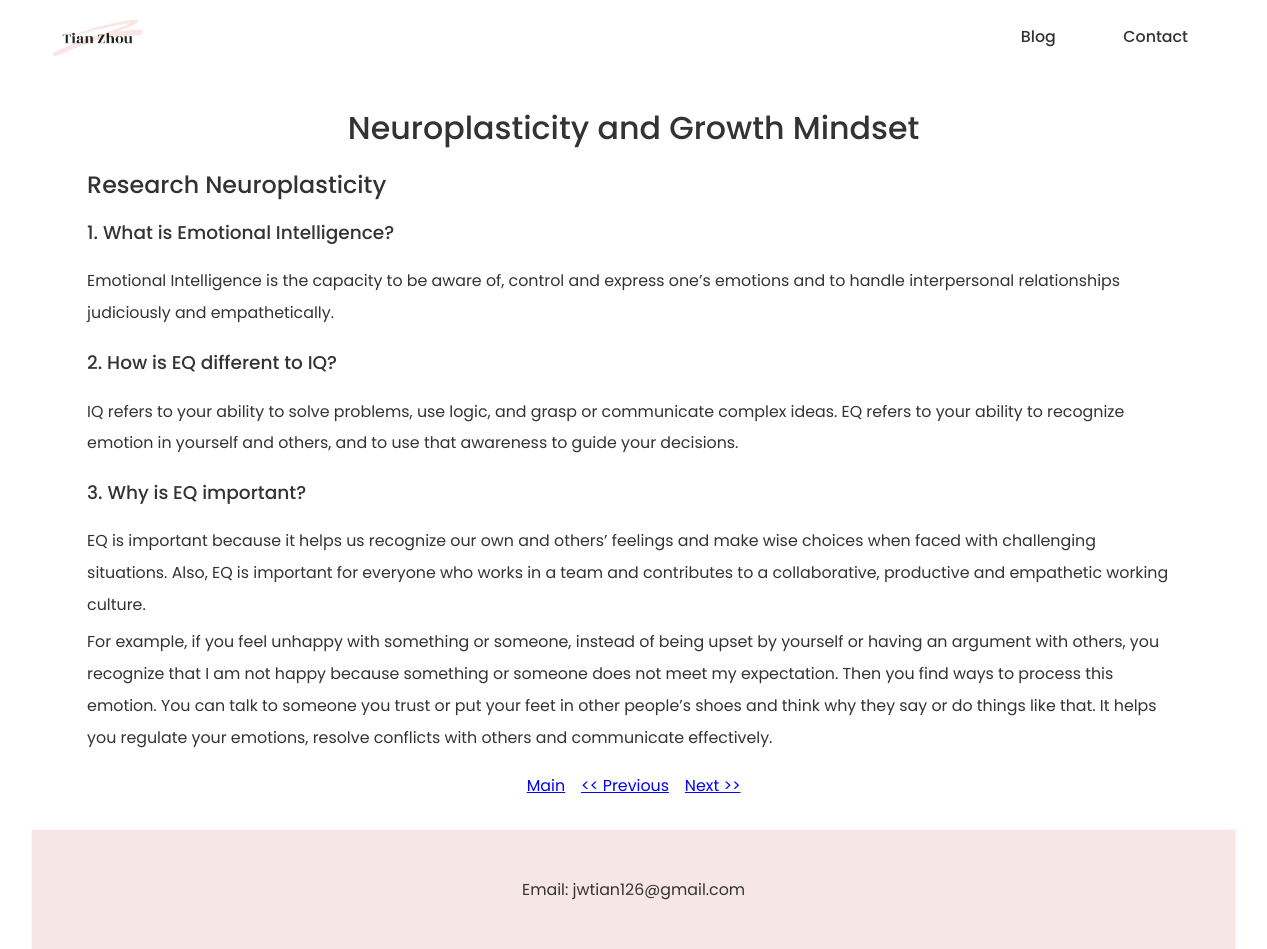
Repository: Tiaanz/Tiaanz.github.io
Page: blog/neuroplasticity.html
The author's editor kept a copy of each file at every save. The page is drawn from the files as they stood at one save, then again after the next save.
The browser window is 1280 px wide. The pictures show the whole page, at 99% of full size.

Above is the page before, as saved 2023-01-30 14:27:10.

### blog/neuroplasticity.html
<!DOCTYPE html>
<html lang="en">

<head>
    <meta charset="UTF-8">
    <meta http-equiv="X-UA-Compatible" content="IE=edge">
    <meta name="viewport" content="width=device-width, initial-scale=1.0">
    <link rel="stylesheet" href="../styles/main.css">
    <link href="https://fonts.googleapis.com/css2?family=Poppins:wght@300;400;500;600;700;800&display=swap"
        rel="stylesheet">
    <title>Neuroplasticity and Growth Mindset</title>
</head>

<body>
    <div class="container">
        <header>
            <div class="logo">
                <a href="../index.html"><img src="../images/logo.png" alt="logo"></a>
            </div>
            <div class="nav">
                <a href="../index.html#blogs">Blog</a>
                <a href="#footer">Contact</a>
            </div>
        </header>
        <main class="main-blog">
            <h1>Neuroplasticity and Growth Mindset</h1>
            <h2>Research Neuroplasticity</h2>
            <h3>1. What is Emotional Intelligence?</h3>
            <p>Emotional Intelligence is the capacity to be aware of, control and express one’s emotions and to handle interpersonal relationships judiciously and empathetically.</p>
            <h3>2. How is EQ different to IQ?</h3>
            <p>IQ refers to your ability to solve problems, use logic, and grasp or communicate complex ideas. EQ refers to your ability to recognize emotion in yourself and others, and to use that awareness to guide your decisions.</p>
            <h3>3. Why is EQ important?</h3>
            <p>EQ is important because it helps us recognize our own and others’ feelings and make wise choices when faced with challenging situations. Also, EQ is important for everyone who works in a team and contributes to a collaborative, productive and empathetic working culture. </p>
            <p>For example, if you feel unhappy with something or someone, instead of being upset by yourself or having an argument with others, you recognize that I am not happy because something or someone does not meet my expectation. Then you find ways to process this emotion. You can talk to someone you trust or put your feet in other people’s shoes and think why they say or do things like that. It helps you regulate your emotions, resolve conflicts with others and communicate effectively.</p>
            <div class="page-nav">
                <a href="../index.html">Main</a>
                <a href="./emotional-intelligence.html"> &lt&lt Previous</a>
                <a href="#">Next >></a>
            </div>
        </main>
        <footer id="footer">
            <span>Email: jwtian126@gmail.com</span>
        </footer>
    </div>
</body>

</html>

### styles/main.css
* {
  margin: 0;
  padding: 0;
  box-sizing: border-box;
}

a {
  text-decoration: none;
  color: #333;
}



li{
  list-style: none;
}

img {
  max-width: 100%;
  height: auto;
  vertical-align: middle;
}

body {
  font-family: "Poppins", sans-serif;
  color: #333;
}

.container {
  display: flex;
  flex-direction: column;
  width: 95vw;
  margin: 0 auto;

}

header {
  display: flex;
  justify-content: space-between;
  align-items: center;
  padding: 1rem;
}

.logo {
  width: 100px;
  height: auto;
}



.nav a {
  margin: 0 1rem;
  padding: 0 1rem;
  font-weight: 500;
}

.nav a:hover {
  background-color: #f6e7e6;
}

main {
  display: flex;
  padding: 2rem 3rem;
}

main .profile-image {
  width: 100%;
  flex: 1.5;
  margin-right: 2rem;

}

main .introduction {
  flex: 1;
}

main .introduction h1 {
  margin-bottom: 1.5rem;
  font-weight: 500;
  font-size: 2.5rem;
}

main .introduction p {
  line-height: 2rem;
}

.blogs{
  display: flex;
  padding:1rem 3rem;
  margin-bottom: 2rem;

}

.blogs .tech-blog, .blogs .core-blog {
  flex:1;
  padding:0 3px;
  margin:0 3rem;
  text-align: center;
  border:2px solid #f6e7e6;
  border-radius: 20px;
}



.blogs h3{
  margin: 1rem 0;
  font-weight: 600;
  text-align: center;

}



.blogs a{
  text-decoration: underline;
  line-height: 2rem;
}

.main-blog{
    flex-direction: column;
    align-self: center;
    max-width: 1200px;
}

.main-blog h1{
  margin-bottom: 1rem;
  text-align: center;
  font-size: 2rem;
  font-weight: 500;

}

.main-blog h2{
  font-weight: 500;
}

.main-blog h3{
  font-weight: 500;
  margin:1rem 0;
}

.main-blog ul li{
  margin-bottom: 0.5rem;
}

.main-blog .css-image{
 max-width: 300px;
 margin: 1rem 0;
}

.main-blog .div-image{
  max-width: 600px;
  margin-top: 1rem;
 }

 .main-blog p{
  margin: 0.2rem 0;
  line-height: 2rem;
 }

 .main-blog .page-nav{
  margin-top: 1rem;
  display: flex;
  gap:1rem;
  justify-content: center;
 }

 .main-blog .page-nav a{
  color:blue;
  text-decoration: underline;
 }

footer {
  padding: 3rem;
  background-color: #f6e7e6;
  text-align: center;
}

@media screen and (max-width: 1200px) {
  main {
    flex-direction: column;
  }

  main .introduction h1 {
    margin-top: 1rem;
    text-align: center;
  }

  main .introduction p {
    line-height: 2rem;
  }

  .blogs{
  flex-direction: column;
  gap:2rem;
  }

  .blogs .tech-blog, .blogs .core-blog{
    margin:0;
  }

}

@media screen and (max-width: 768px) {
  main {
    padding: 2rem;
  }

  main .introduction h1 {
    font-size: 2rem;
  }

  .main-blog h1{
    font-size: 1.5rem;
  }
}

@media screen and (max-width: 400px) {

    .nav a {
        margin: 0;
        padding: 0 0.4rem;
      }

      .blogs a{
        line-height: 2.5rem;
      }

  }

@media screen and (max-width: 320px) {


  main .introduction h1 {
    font-size: 1rem;
    margin-bottom: 1rem;
  }

  .main-blog h1{
    font-size: 1.2rem;
  }
}

After the next save:
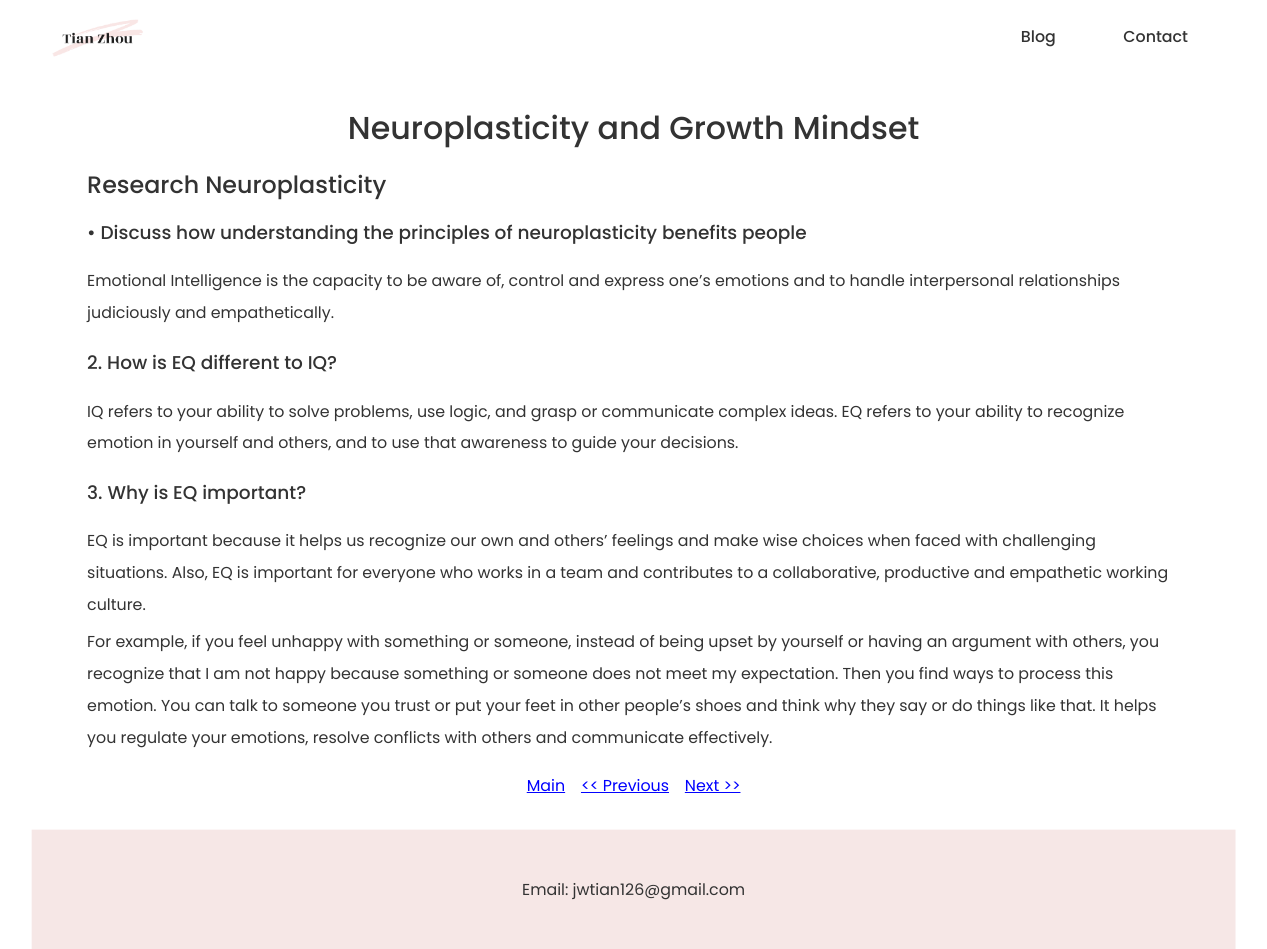
Saved 36 s later.
--- a/blog/neuroplasticity.html
+++ b/blog/neuroplasticity.html
@@ -25,7 +25,7 @@
         <main class="main-blog">
             <h1>Neuroplasticity and Growth Mindset</h1>
             <h2>Research Neuroplasticity</h2>
-            <h3>1. What is Emotional Intelligence?</h3>
+            <h3>•	Discuss how understanding the principles of neuroplasticity benefits people</h3>
             <p>Emotional Intelligence is the capacity to be aware of, control and express one’s emotions and to handle interpersonal relationships judiciously and empathetically.</p>
             <h3>2. How is EQ different to IQ?</h3>
             <p>IQ refers to your ability to solve problems, use logic, and grasp or communicate complex ideas. EQ refers to your ability to recognize emotion in yourself and others, and to use that awareness to guide your decisions.</p>
